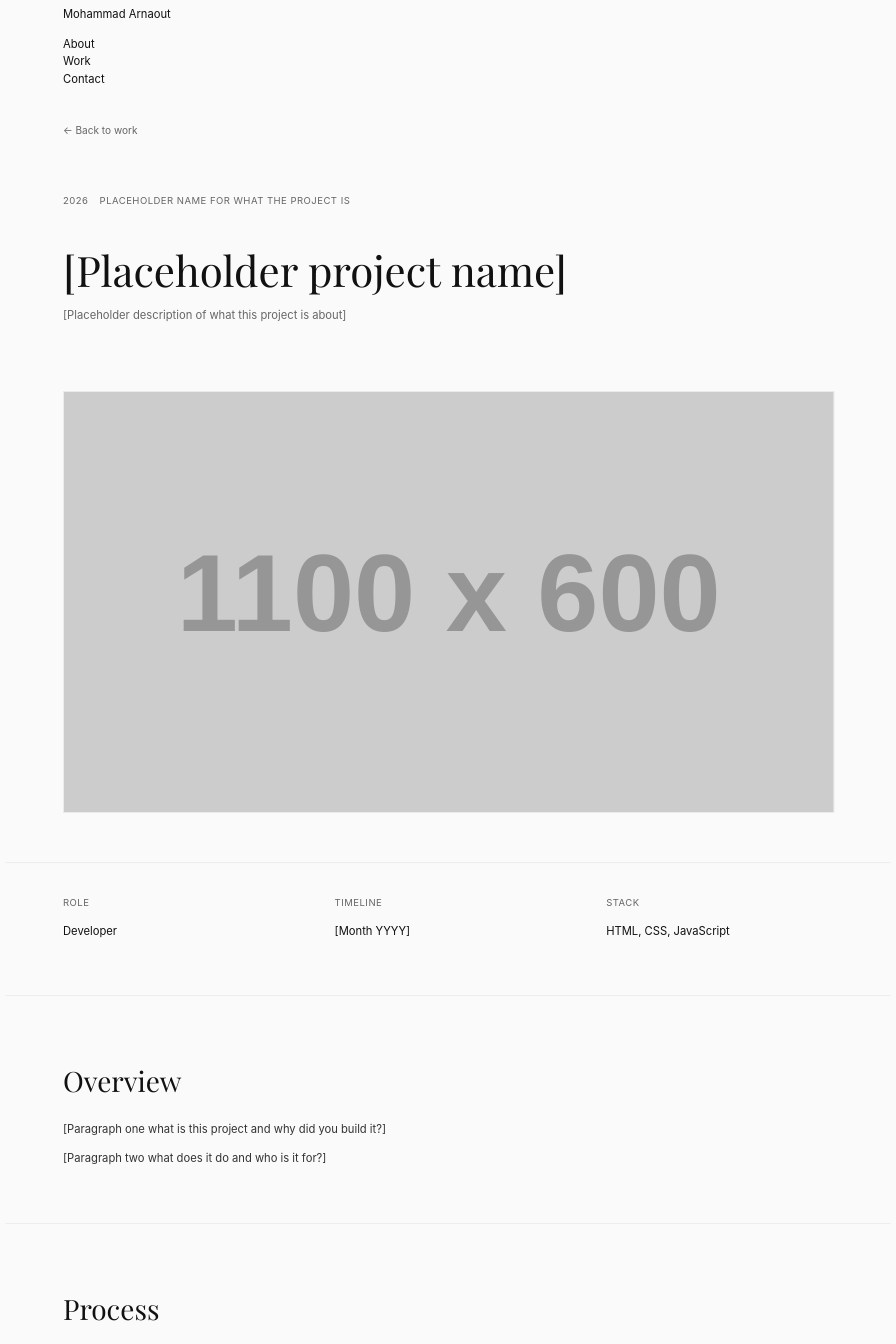
Repository: Moh-Arna/Moh-Arna
Page: project-detail-temp1.html
The author's editor kept a copy of each file at every save. The page is drawn from the files as they stood at one save, then again after the next save.
The browser window is 1280 px wide. The pictures show the part of the page from y = 0 to 1920 px (the page is 4004 px tall before and 4082 px after), at 70% of full size.
Some web fonts or font styles are not loaded; a fallback is used.

Above is the page before, as saved 2026-05-12 09:06:21.

### project-detail-temp1.html

<!DOCTYPE html>
<html lang="en">
<head>
  <meta charset="UTF-8">
  <meta name="viewport" content="width=device-width, initial-scale=1.0">
  <title>[Placeholder Project] — Mohammad Arnaout</title>

  <link rel="stylesheet" href="/styles/globals.css">
  <link rel="stylesheet" href="/styles/project-details.css">
</head>

<body>

    <header class="header">

    <div class="container header-inner">

        <a href="index.html" class="name">Mohammad Arnaout</a>

        <nav aria-label="Main Navigation">

            <ul class="nav">

                <li>
                    <a href="index.html#about">About</a>
                </li>

                <li>
                    <a href="index.html#work">Work</a>
                </li>

                <li>
                    <a href="index.html#contact">Contact</a>
                </li>

            </ul>

        </nav>

    </div>

</header>

<main>

    <!-- Back link -->
    <div class="container">
      <a href="index.html#work" class="back-link">← Back to work</a>
    </div>

    <!-- Project intro -->
    <section class="project-intro">
      <div class="container">
        <div class="project-meta">
          <span>2026</span>
          <span>Placeholder name for what the project is</span>
        </div>
        <h1>[Placeholder project name]</h1>
        <p class="tagline">[Placeholder description of what this project is about]</p>
      </div>
    </section>

    <!-- Cover image -->
    <section class="cover">
      <div class="container">
        <img src="https://placehold.co/1100x600" alt="[Placeholder project name] preview">
      </div>
    </section>

    <!-- Info grid -->
    <section class="info">
      <div class="container info-grid">
        <div>
          <p class="info-label">Role</p>
          <p>Developer</p>
        </div>
        <div>
          <p class="info-label">Timeline</p>
          <p>[Month YYYY]</p>
        </div>
        <div>
          <p class="info-label">Stack</p>
          <p>HTML, CSS, JavaScript</p>
        </div>
      </div>
    </section>

    <!-- Overview -->
    <section class="content">
      <div class="container">
        <h2 class="section-title">Overview</h2>
        <p>
          [Paragraph one what is this project and why did you build it?]
        </p>
        <p>
          [Paragraph two what does it do and who is it for?]
        </p>
      </div>
    </section>

    <!-- Process -->
    <section class="content">
      <div class="container">
        <h2 class="section-title">Process</h2>
        <p>
          [Paragraph one how did you approach building it?]
        </p>
        <p>
          [Paragraph two what challenges did you run into, and what did you learn?]
        </p>
      </div>
    </section>

    <!-- Gallery -->
    <section class="gallery">
      <div class="container">
        <h2 class="section-title">Gallery</h2>
        <figure>
          <img src="https://placehold.co/1100x600" alt="[Description of screenshot]">
          <figcaption>Placeholder caption</figcaption>
        </figure>
        <figure>
          <img src="https://placehold.co/1100x600" alt="[Description of screenshot]">
          <figcaption>Placeholder caption</figcaption>
        </figure>
      </div>
    </section>

    <!-- External links -->
    <section class="links">
      <div class="container">
        <a href="#" target="_blank" class="external-link">View Live ↗</a>
        <a href="#" target="_blank" class="external-link">View Code ↗</a>
      </div>
    </section>

</main>

<footer id="contact">

    <div class="container">

        <p class="top-paragraph">Let's talk</p>

        <a href="mailto:collegeaccmoh@gmail.com" class="email">collegeaccmoh@gmail.com</a>

        <ul class="socials">

            <li>
                <a href="https://github.com/Moh-Arna" target="_blank">Github</a>
                <a href="https://github.com/Moh-Arna" target="_blank">Linkedin</a>
            </li>

        </ul>

        <p class="copyright">© 2026 Mohammad Arnaout</p>

    </div>

</footer>

</body>
</html>

### styles/globals.css
@font-face {
  font-family: 'Playfair Display';
  src: url('../assets/fonts/Playfair_Display/PlayfairDisplay-VariableFont_wght.ttf') format('woff2');
  font-weight: 400;
  font-style: normal;
  font-display: swap;
}

@font-face {
  font-family: 'Playfair Display';
  src: url('../assets/fonts/Playfair_Display/PlayfairDisplay-Italic-VariableFont_wght.ttf') format('woff2');
  font-weight: 400;
  font-style: italic;
  font-display: swap;
}

@font-face {
  font-family: 'Inter';
  src: url('../assets/fonts/Inter/Inter-VariableFont_opsz\,wght.ttf') format('woff2');
  font-weight: 400;
  font-style: normal;
  font-display: swap;
}

@font-face {
  font-family: 'Inter';
  src: url('../assets/fonts/Inter/Inter-Italic-VariableFont_opsz\,wght.ttf') format('woff2');
  font-weight: 500;
  font-style: normal;
  font-display: swap;
}

:root{
    --bg:#fafafa;
    --text: #111;
    --muted: #666;
    --border: #e5e5e5;
}

body{
    font-family: 'Inter', sans-serif;
    background-color: var(--bg);
    color: var(--text);
    line-height: 1.6;
}

a{
  color: inherit;
  text-decoration: none;
}

h1, h2, h3{
    font-family: 'PlayFair Display', serif;
    font-weight: 400;
    line-height: 1.2;
}

ul, ol{
  list-style: none;
  padding: 0;
}

.container{
    max-width: 1100px;
    margin: 0 auto;
    padding: 0 1.5rem;
}

### styles/project-details.css
/* Back link */
.back-link {
  display: inline-block;
  color: var(--muted);
  font-size: 0.9rem;
  padding: 2rem 0 1rem;
}

.back-link:hover {
  color: var(--text);
}

/* Project intro */
.project-intro {
  padding: 2rem 0 4rem;
}

.project-meta {
  display: flex;
  gap: 1rem;
  font-size: 0.85rem;
  color: var(--muted);
  text-transform: uppercase;
  letter-spacing: 0.05em;
  margin-bottom: 1.5rem;
}

.project-intro h1 {
  font-size: 2.5rem;
  margin-bottom: 1rem;
}

.tagline {
  color: var(--muted);
  max-width: 50ch;
}

/* Cover */
.cover {
  padding-bottom: 4rem;
}

.cover img {
  width: 100%;
  border: 1px solid var(--border);
}

/* Info grid */
.info {
  padding: 2rem 0 4rem;
  border-top: 1px solid var(--border);
  border-bottom: 1px solid var(--border);
}

.info-grid {
  display: flex;
  flex-direction: column;
  gap: 1.5rem;
}

.info-label {
  font-size: 0.85rem;
  color: var(--muted);
  text-transform: uppercase;
  letter-spacing: 0.05em;
  margin-bottom: 0.25rem;
}

/* Content sections (Overview, Process) */
.content {
  padding: 4rem 0;
  border-bottom: 1px solid var(--border);
}

.section-title {
  font-size: 2rem;
  margin-bottom: 2rem;
}

.content p {
  max-width: 60ch;
  margin-bottom: 1rem;
  color: #333;
}

/* Gallery */
.gallery {
  padding: 4rem 0;
  border-bottom: 1px solid var(--border);
}

.gallery figure {
  margin-bottom: 2rem;
}

.gallery img {
  width: 100%;
  border: 1px solid var(--border);
  margin-bottom: 0.75rem;
}

.gallery figcaption {
  font-size: 0.85rem;
  color: var(--muted);
}

/* External links */
.links {
  padding: 4rem 0;
  border-bottom: 1px solid var(--border);
  display: flex;
}

.links .container {
  display: flex;
  gap: 2rem;
}

.external-link {
  font-family: 'Playfair Display', serif;
  font-size: 1.4rem;
}

.external-link:hover {
  font-style: italic;
}

/* Next project */
.next-project {
  padding: 4rem 0;
}

.next-link {
  font-family: 'Playfair Display', serif;
  font-size: 2rem;
  display: inline-block;
  margin-top: 1rem;
}

.next-link:hover {
  font-style: italic;
}

#contact{
    padding: 1rem 0 2;
    border-top: 1px solid var(--border);
}

.email{
    font-family: 'Playfair Display', serif;
    font-size: 2rem;
    display:inline-block;
    margin-bottom: 2rem;
    word-break: break-word;
}

.socials{
    display: flex;
    gap: 1.5rem;
    margin-bottom: 2rem;
}

.socials a{
    color: var(--muted);
    font-size: 0.9rem;
}

.socials a:hover{
    color: var(--text);
}

.copyright{
    color: var(--muted);
    font-size: 0.85rem;
}

/* Tablet / Desktop */
@media (min-width: 768px) {
  .project-intro {
    padding: 4rem 0 5rem;
  }

  .project-intro h1 {
    font-size: 3.75rem;
  }

  .section-title {
    font-size: 2.5rem;
  }

  .info-grid {
    flex-direction: row;
    gap: 4rem;
  }

  .info-grid > div {
    flex: 1;
  }

  .external-link {
    font-size: 1.75rem;
  }

  .next-link {
    font-size: 3.5rem;
  }
}

After the next save:
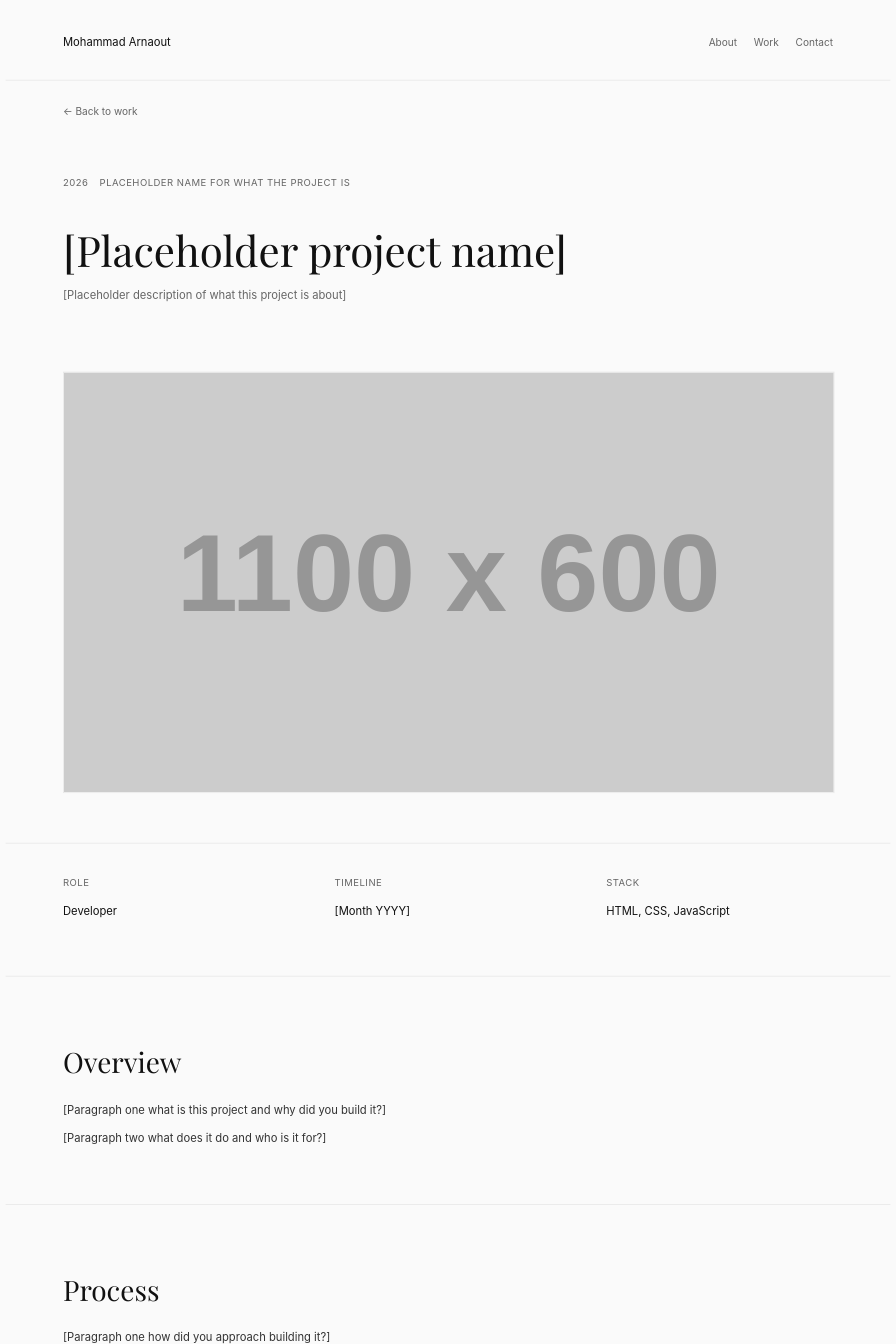
Saved 2 min 7 s later.
--- a/styles/globals.css
+++ b/styles/globals.css
@@ -1,6 +1,6 @@
 @font-face {
   font-family: 'Playfair Display';
-  src: url('../assets/fonts/Playfair_Display/PlayfairDisplay-VariableFont_wght.ttf') format('woff2');
+  src: url('../assets/fonts/Playfair_Display/PlayfairDisplay-VariableFont_wght.ttf') format('truetype');
   font-weight: 400;
   font-style: normal;
   font-display: swap;
@@ -8,7 +8,7 @@
 
 @font-face {
   font-family: 'Playfair Display';
-  src: url('../assets/fonts/Playfair_Display/PlayfairDisplay-Italic-VariableFont_wght.ttf') format('woff2');
+  src: url('../assets/fonts/Playfair_Display/PlayfairDisplay-Italic-VariableFont_wght.ttf') format('truetype');
   font-weight: 400;
   font-style: italic;
   font-display: swap;
@@ -16,7 +16,7 @@
 
 @font-face {
   font-family: 'Inter';
-  src: url('../assets/fonts/Inter/Inter-VariableFont_opsz\,wght.ttf') format('woff2');
+  src: url('../assets/fonts/Inter/Inter-VariableFont_opsz,wght.ttf') format('truetype');
   font-weight: 400;
   font-style: normal;
   font-display: swap;
@@ -24,44 +24,118 @@
 
 @font-face {
   font-family: 'Inter';
-  src: url('../assets/fonts/Inter/Inter-Italic-VariableFont_opsz\,wght.ttf') format('woff2');
-  font-weight: 500;
-  font-style: normal;
+  src: url('../assets/fonts/Inter/Inter-Italic-VariableFont_opsz,wght.ttf') format('truetype');
+  font-weight: 400;
+  font-style: italic;
   font-display: swap;
 }
 
-:root{
-    --bg:#fafafa;
-    --text: #111;
-    --muted: #666;
-    --border: #e5e5e5;
+:root {
+  --bg: #fafafa;
+  --text: #111;
+  --muted: #666;
+  --border: #e5e5e5;
 }
 
-body{
-    font-family: 'Inter', sans-serif;
-    background-color: var(--bg);
-    color: var(--text);
-    line-height: 1.6;
+body {
+  font-family: 'Inter', sans-serif;
+  background-color: var(--bg);
+  color: var(--text);
+  line-height: 1.6;
 }
 
-a{
+a {
   color: inherit;
   text-decoration: none;
 }
 
-h1, h2, h3{
-    font-family: 'PlayFair Display', serif;
-    font-weight: 400;
-    line-height: 1.2;
+h1, h2, h3 {
+  font-family: 'Playfair Display', serif;
+  font-weight: 400;
+  line-height: 1.2;
 }
 
-ul, ol{
+ul, ol {
   list-style: none;
   padding: 0;
 }
 
-.container{
-    max-width: 1100px;
-    margin: 0 auto;
-    padding: 0 1.5rem;
+.container {
+  max-width: 1100px;
+  margin: 0 auto;
+  padding: 0 1.5rem;
 }
+
+/* ===== Shared: Header (used on every page) ===== */
+.header {
+  padding: 1.5rem 0;
+  border-bottom: 1px solid var(--border);
+}
+
+.header-inner {
+  display: flex;
+  justify-content: space-between;
+  align-items: center;
+}
+
+.nav {
+  display: flex;
+  gap: 1.5rem;
+}
+
+.nav a {
+  color: var(--muted);
+  font-size: 0.9rem;
+}
+
+.nav a:hover {
+  color: var(--text);
+}
+
+/* ===== Shared: Footer (used on every page) ===== */
+#contact {
+  padding: 4rem 0 2rem;
+  border-top: 1px solid var(--border);
+}
+
+.top-paragraph {
+  font-size: 0.85rem;
+  color: var(--muted);
+  text-transform: uppercase;
+  letter-spacing: 0.05em;
+  margin-bottom: 1.5rem;
+}
+
+.email {
+  font-family: 'Playfair Display', serif;
+  font-size: 2rem;
+  display: inline-block;
+  margin-bottom: 2rem;
+  word-break: break-word;
+}
+
+.socials {
+  display: flex;
+  gap: 1.5rem;
+  margin-bottom: 2rem;
+}
+
+.socials a {
+  color: var(--muted);
+  font-size: 0.9rem;
+}
+
+.socials a:hover {
+  color: var(--text);
+}
+
+.copyright {
+  color: var(--muted);
+  font-size: 0.85rem;
+}
+
+@media (min-width: 768px) {
+  .email {
+    font-size: 3.5rem;
+  }
+}
